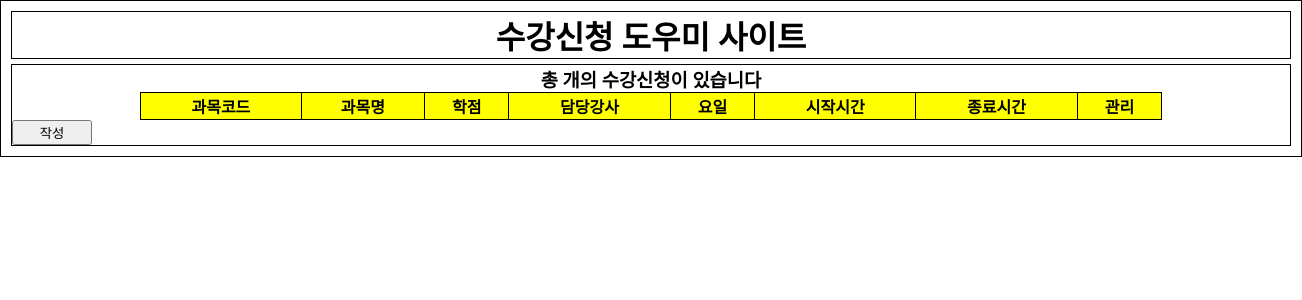
Repository: Tor1a/SpringSet
Page: http://localhost/practice02/WEB-INF/views/home.jsp
The author's editor kept a copy of each file at every save. The page is drawn from the files as they stood at one save, then again after the next save.
The browser window is 1280 px wide. The page is 1302 px wide, so the pictures cover 1302 px, including what lies to the right of the window. The pictures show the whole page.
The page is served by Tomcat 9. Nobody is signed in. The template is opened directly, without the code that normally fills it, so the values that code supplies are empty.

Above is the page before, as saved 2022-04-15 00:16:56.

After the next save:
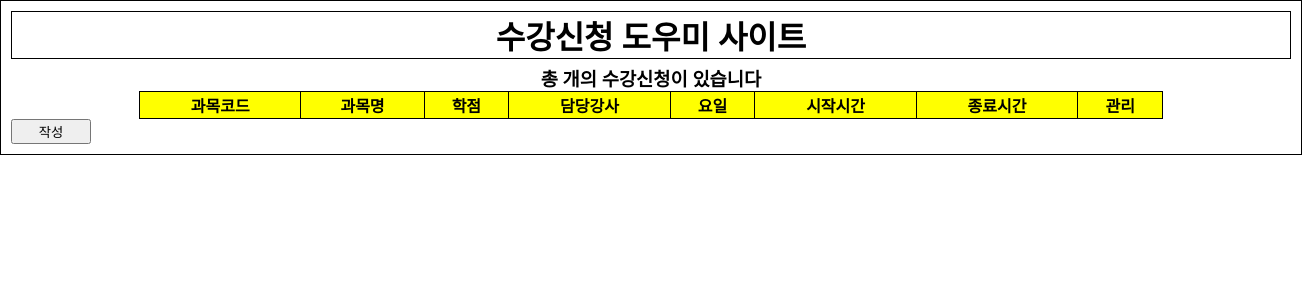
Saved 90 s later.
--- a/practice02/src/main/webapp/WEB-INF/views/home.jsp
+++ b/practice02/src/main/webapp/WEB-INF/views/home.jsp
@@ -24,7 +24,7 @@
 
 		<h1 class="title">수강신청 도우미 사이트</h1>
 
-		<div id="content">
+		<div class="content">
 			<h3 class="total">총 ${total}개의 수강신청이 있습니다</h3>
 
 		<table class="liTb">
